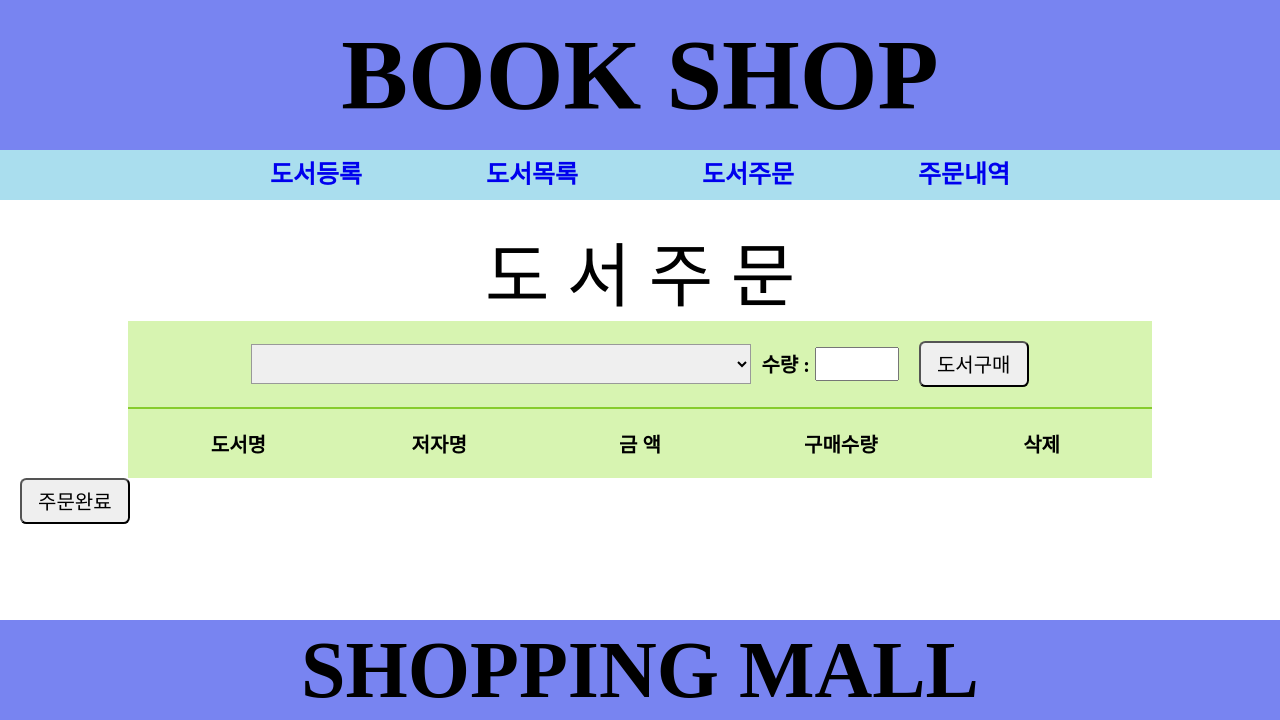
Repository: eunmiyo/BookShop
Page: http://localhost/Book/buy
The author's editor kept a copy of each file at every save. The page is drawn from the files as they stood at one save, then again after the next save.
The browser window is 1280 px wide. The pictures show the whole page.
The page is served by Tomcat 9. Other server files are loaded and not shown. Queries for data that is not in the repository find no rows.

Above is the page before, as saved 2022-12-29 08:05:31.

### Book/src/main/webapp/buy.jsp
<%@ page language="java" contentType="text/html; charset=UTF-8"
    pageEncoding="UTF-8"%>

<%@ taglib prefix="c" uri="http://java.sun.com/jsp/jstl/core"%>
<!DOCTYPE html>
<html>
<head>
<meta charset="UTF-8">
<title>Insert title here</title>

<meta http-equiv="X-UA-Compatible" content="IE=edge" />
<meta name="viewport" content="width=device-width, initial-scale=1.0" />
<link rel="stylesheet" href="style.css">
</head>
<body>
	<%@ include file="top.jsp"%>
		<table class="wap">
			<caption>도 서 주 문</caption>
			<tr class="bar">
				<td>
				<select name="select">
					<option></option>
				<c:forEach var="book" items="${bookList}" varStatus="status">
					<option value="${book.title} / ${book.writer} / ${book.price}">${book.title} / ${book.writer} / ${book.price}원</option>
				</c:forEach>
				</select>
				<b>수량 : </b>
				<input type="text" class="count" name="count">
				<button class="btn" type="button" onclick="bookadd();">도서구매</button>
				</td>
			</tr>

				<table class="buyList">
					<tr>
						<th>도서명</th>
						<th>저자명</th>
						<th>금 액</th>
						<th>구매수량</th>
						<th>삭제</th>
					</tr>
					<form method="get" action="del">
						<input type="hidden" name="command" value="del">
					</form>

				</table>
					<form method="post" action="order">
						<input type="hidden" name="plus" value="cartList">
					<button class="btn" type="submit" >주문완료</button>
					</form>
		</table>
	<%@ include file="footer.jsp"%>
	<script type="text/javascript" src="./jquery-3.6.3.js"></script>
	<script type="text/javascript" src="./script.js"></script>
</body>
</html>

### Book/src/main/webapp/top.jsp
<%@ page language="java" contentType="text/html; charset=UTF-8"
    pageEncoding="UTF-8"%>
<!DOCTYPE html>
<html>
<head>
<meta charset="UTF-8">
<title>Insert title here</title>
<link rel="stylesheet" href="style.css">
</head>
<body>
	<header>BOOK SHOP</header>
	<nav>
		<ul>
			<li><a href="add">도서등록</a></li>
			<li><a href="list">도서목록</a></li>
			<li><a href="buy">도서주문</a></li>
			<li><a href="order">주문내역</a></li>
		</ul>
	</nav>
</body>
</html>

### Book/src/main/webapp/footer.jsp
<%@ page language="java" contentType="text/html; charset=UTF-8"
    pageEncoding="UTF-8"%>
<!DOCTYPE html>
<html>
<head>
<meta charset="UTF-8">
<title>Insert title here</title>
<link rel="stylesheet" href="style.css">
</head>
<body>
	<footer>SHOPPING MALL</footer>
</body>
</html>

### Book/src/main/java/Controller/BookController.java
package Controller;

import java.io.IOException;
import java.io.PrintWriter;

import javax.servlet.ServletException;
import javax.servlet.annotation.WebServlet;
import javax.servlet.http.HttpServlet;
import javax.servlet.http.HttpServletRequest;
import javax.servlet.http.HttpServletResponse;

import DAO.BookDAO;

@WebServlet("/")
public class BookController extends HttpServlet {
	private static final long serialVersionUID = 1L;


    public BookController() {
        super();
    }

	protected void doGet(HttpServletRequest request, HttpServletResponse response) throws ServletException, IOException {
		request.setCharacterEncoding("UTF-8");
		doPro(request, response);
	}

	protected void doPost(HttpServletRequest request, HttpServletResponse response) throws ServletException, IOException {
		request.setCharacterEncoding("UTF-8");
		doPro(request, response);
	}

	protected void doPro(HttpServletRequest request, HttpServletResponse response) throws ServletException, IOException {
		String context = request.getContextPath(); // 톰캣의 ContextPath()를 가져온다.(server.xml에서 확인)
		String command = request.getServletPath(); // 경로에 맨 끝 파일명을 가져온다.
		String site = null;

		BookDAO book = new BookDAO();

		switch (command) {
		case "/" :
			site = "bookshop.jsp";
			break;
		case "/add" :
			site = "add.jsp";
			break;
		case "/insert" :
			int result = book.insert(request, response);
			response.setContentType("text/html; charset=UTF-8");
			PrintWriter out = response.getWriter();

			if(result == 1) {
				out.print("<script>");
				out.print("alert('상품이 정상적으로 등록 되었습니다!'); location.href='" + context + "/add';");
				out.print("</script>");
				out.flush();
			} else {
				out.print("<script>");
				out.print("alert('등록실패!'); location.href='" + context + "/add';");
				out.print("</script>");
				out.flush();
			}
			break;
		case "/list" :
			site = book.listAll(request, response);
			break;
		case "/delete" :
			int result2 = book.delete(request, response);
			response.setContentType("text/html; charset=UTF-8");
			out = response.getWriter();

			if(result2 == 1) { //삭제성공
				out.print("<script>");
				out.print("alert('상품삭제가 완료 되었습니다!'); location.href='" + context + "/list';");
				out.print("</script>");
				out.flush();
			} else {
				out.print("<script>");
				out.print("alert('삭제실패!'); location.href='" + context + "/list';");
				out.print("</script>");
				out.flush();
			}
		 break;
		case "/modify" :
			site = book.modify(request, response);
			break;
		case "/update" :
			int result3 = book.update(request, response);
			response.setContentType("text/html; charset=UTF-8");
			out = response.getWriter();

			if(result3 == 1) {
				out.print("<script>");
				out.print("alert('상품수정이 완료 되었습니다!'); location.href='" + context + "/list';");
				out.print("</script>");
				out.flush();
			} else {
				out.print("<script>");
				out.print("alert('수정실패!'); location.href='" + context + "/list';");
				out.print("</script>");
				out.flush();
			}
		 break;
		case "/buy" :
			site = book.buy(request, response);
			break;

		}

		getServletContext().getRequestDispatcher("/" + site).forward(request, response);
	}
}

### Book/src/main/java/DAO/BookDAO.java
package DAO;

import java.sql.Connection;
import java.sql.DriverManager;
import java.sql.PreparedStatement;
import java.sql.ResultSet;
import java.util.ArrayList;

import javax.servlet.http.HttpServletRequest;
import javax.servlet.http.HttpServletResponse;
import javax.servlet.http.HttpSession;

import DTO.Book;

public class BookDAO {
	Connection conn = null;
	PreparedStatement ps = null;
	ResultSet rs = null;

	public static Connection getConnection() throws Exception {
		Class.forName("oracle.jdbc.OracleDriver");
		Connection con = DriverManager
				.getConnection("jdbc:oracle:thin:@localhost:1521:xe", "test", "test1234");
		return con;
	}

	//상품등록
	public int insert(HttpServletRequest request, HttpServletResponse response) {
		String title = request.getParameter("title");
		String writer = request.getParameter("writer");
		int price = Integer.parseInt(request.getParameter("price"));
		int stock = Integer.parseInt(request.getParameter("stock"));
		int result = 0;

		try {
			conn = getConnection();
			String sql = "INSERT INTO BOOK_LIST VALUES(BOOK_SEQ.NEXTVAL, ?, ?, ?, ?)";
			ps = conn.prepareStatement(sql);
			ps.setString(1, title);
			ps.setString(2, writer);
			ps.setInt(3, price);
			ps.setInt(4, stock);

			result = ps.executeUpdate();

			conn.close();
			ps.close();

		} catch (Exception e) {
			e.printStackTrace();
		}
		return result;
	}

	//상품조회
	public String listAll(HttpServletRequest request, HttpServletResponse response) {
		ArrayList<Book> bookList = new ArrayList<Book>();

		 try {
			 conn = getConnection();
			 String sql = "SELECT * FROM BOOK_LIST ORDER BY BOOK_NO ASC";

			ps = conn.prepareStatement(sql);
			rs = ps.executeQuery();

			while(rs.next()) {
				Book book = new Book();
				book.setNo(rs.getInt(1));
				book.setTitle(rs.getString(2));
				book.setWriter(rs.getString(3));
				book.setPrice(rs.getInt(4));
				book.setStock(rs.getInt(5));

				bookList.add(book);
			}
			request.setAttribute("bookList", bookList);

			conn.close();
			rs.close();

		 	} catch (Exception e) {
				e.printStackTrace();
		 	}

		 return "list.jsp";
	}

	//상품삭제하기
	public int delete(HttpServletRequest request, HttpServletResponse response) {
		int result = 0;

		try {
			conn = getConnection();
			int no = Integer.parseInt(request.getParameter("no"));
			String sql = "DELETE FROM BOOK_LIST WHERE BOOK_NO = " + no;

			ps = conn.prepareStatement(sql);
			result = ps.executeUpdate(); //쿼리문 실행

			conn.close();
			ps.close();

		} catch (Exception e) {
			e.printStackTrace();
		}

		return result;
	}

	//상품수정 전 화면 보여주기
	public String modify(HttpServletRequest request, HttpServletResponse response) {
		try {
			conn = getConnection();
			int no = Integer.parseInt(request.getParameter("no"));

			String sql = "SELECT TITLE, WRITER, PRICE, STOCK FROM BOOK_LIST WHERE BOOK_NO = " + no;

			ps = conn.prepareStatement(sql);
			rs = ps.executeQuery();

			Book book = new Book();

			if(rs.next()) {
				book.setTitle(rs.getString(1));
				book.setWriter(rs.getString(2));
				book.setPrice(rs.getInt(3));
				book.setStock(rs.getInt(4));
			}

			request.setAttribute("book", book);

			conn.close();
			ps.close();
			rs.close();

		} catch (Exception e) {
			e.printStackTrace();
		}

		return "modify.jsp";
	}

	//상품수정
	public int update(HttpServletRequest request, HttpServletResponse response) {
		String title = request.getParameter("title");
		String writer = request.getParameter("writer");
		int price = Integer.parseInt(request.getParameter("price"));
		int stock = Integer.parseInt(request.getParameter("stock"));
		int result = 0;

		try {
			conn = getConnection();

			String sql = "UPDATE BOOK_LIST SET WRITER = ?, "
					+ "PRICE = ?, STOCK = ? "
					+ "WHERE TITLE = ? ";

			ps = conn.prepareStatement(sql);
			ps.setString(1,writer);
			ps.setInt(2, price);
			ps.setInt(3, stock);
			ps.setString(4, title);

			result = ps.executeUpdate();

			conn.close();
			ps.close();

		} catch (Exception e) {
			e.printStackTrace();
		}
		return result;
	}

	//구매 도서 리스트
	public String buy(HttpServletRequest request, HttpServletResponse response) {
		ArrayList<Book> bookList = new ArrayList<Book>();

		 try {
			 conn = getConnection();
			 String sql = "SELECT TITLE, WRITER, PRICE FROM BOOK_LIST";

			ps = conn.prepareStatement(sql);
			rs = ps.executeQuery();

			while(rs.next()) {
				Book book = new Book();
				book.setTitle(rs.getString(1));
				book.setWriter(rs.getString(2));
				book.setPrice(rs.getInt(3));

				bookList.add(book);
			}

			request.setAttribute("bookList", bookList);

			conn.close();
			rs.close();

		 	} catch (Exception e) {
				e.printStackTrace();
		 	}

		 return "buy.jsp";
	}



}

### Book/src/main/webapp/style.css
@charset "UTF-8";

* {
	margin: 0;
	padding: 0;
}

body {
	overflow: hidden;
}

header {
	top: 0;
	width: 100%;
	text-align: center;
	background: #7884F1;
	color: black;
	height: 150px;
	line-height: 150px;
	font-size: 100px;
	font-weight: bold;
}

nav ul {
	height: 50px;
	line-height: 50px;
	width: 100%;
	background: #AADEEE;
	color: black;
	text-align: center;
}

nav ul li {
	list-style: none;
	padding: 0 60px;
	display: inline-block;
	font-weight: bold;
	font-size: 25px;
}

section {
	position: absolute;
	overflow: auto;
	width: 100%;
	height: 100%;
	background: white;
}

a {
	text-decoration: none;
}

a:hover {
	cursor: pointer;
}

img {
	margin: auto;
    display: block;
    padding: 100px;
    width: 40%;
}

caption {
	font-size: 70px;
	margin-top: 20px;
	text-align: center;
}

table {
	padding-top: 50px;
	background: #D7F4B1;
	margin-left:auto;
    margin-right:auto;
    border-collapse: collapse;
	font-size: 20px;
	width: 50%;
}

.booklist{
	font-size: 15px;
	width: 80%;
	height: 90%;
}

.wap {
	border-collapse: collapse;
	width: 80%;
	height: 80%;
}

.buyList {
	border-collapse: collapse;
	width: 80%;
	height: 80%;
}



.bar {
	border-bottom: 2px solid #86CC2C;
}

tr, td, th {
	display: flex;
	justify-content: center;
	align-items: center;
	padding: 10px;
}

th{
	width: 20%;
}

.list{
	width: 20%;
	padding: 0;
}

input {
	height: 30px;
	width: 300px;
}

b {
	margin-left: 10px;
}

.count {
	margin-left: 5px;
	height: 30px;
	width: 80px;
}

.btn {
	padding: 0.4rem 1rem;
	border-radius: 0.4rem;
	font-size: 20px;
	margin-left: 20px;
	text-align: center;
}

.orderbtn {
	padding: 0.4rem 1rem;
	border-radius: 0.4rem;
	font-size: 20px;
	text-align: center;

}

select {
	width: 500px;
	padding: .8em .5em;
	border: 1px solid #999;
	font-family: inherit;
	border-radius: 0px;
}

footer {
	position: fixed;
	bottom: 0;
	width: 100%;
	text-align: center;
	background: #7884F1;
	color: black;
	height: 100px;
	line-height: 100px;
	font-size: 80px;
	font-weight: bold;
}

### Book/src/main/webapp/script.js
//장바구니 객체
var Cart = function () {
	this.no = 0; //책 번호
	this.title = "제목"; //제목
	this.writer = "작가"; //작가
	this.price = 0; //가격
	this.count = 0; //권수
};

var cart_list = []; //장바구니리스트
var buy_index_list = []; //구매인덱스리스트

function fn_submit() {
	var f = document.frm;

	if(f.title.value == "") {
		alert("도서명이 입력되지 않았습니다!")
		f.title.focus();
		return false;
	}

	if(f.writer.value == "") {
		alert("저자명이 입력되지 않았습니다!")
		f.writer.focus();
		return false;
	}

	if(f.price.value == "") {
		alert("금액이 입력되지 않았습니다!")
		f.price.focus();
		return false;
	}

	if(f.stock.value == "") {
		alert("재고수량이 입력되지 않았습니다!")
		f.stock.focus();
		return false;
	}

	f.submit();
}

function chkDelete(no) {
	const result = confirm("삭제하시겠습니까?");

	if(result){
			const url = location.origin; //'http://localhost:8090'
			location.href = url + "/Book/delete?no=" + no; //페이지이동

		} else {
			return false;
		}
}

//도서등록

function bookadd() {
	var book = $(".bar select").val();
	var cnt = $(".count").val();
	var test = book.split("/");

	var cart = new Cart();

	cart.no = test[0];
	cart.title = test[1];
	cart.writer = test[2];
	cart.price = test[3];
	cart.count = cnt;

	cart_list.push(cart); //장바구니 리스트 추가

	bookdisplay(); //장바구니 리스트 화면 표시
}

//도서주문

function bookdel(i) {
	cart_list.splice(i,1); //장바구니 리스트에서 해당 값 삭제

	bookdisplay(); //장바구니 리스트 화면 표시
}

function bookdisplay() {
	var table = $(".buyList");
	table.empty(); //기존 표시된 장바구니 리스트 삭제

	//헤더 추가
	var header = "<tr>";
	header += "<th>도서번호</th>";
	header += "<th>도서명</th>";
	header += "<th>저자명</th>";
	header += "<th>금 액</th>";
	header += "<th>구매수량</th>";
	header += "<th>삭제</th>";
	header += "</tr>";

	table.append(header); //장바구니 리스트 화면 표시

	for(var i=0;i<cart_list.length; i++) {
		var cart = cart_list[i];

		var tdbookno = "<td class='list'>" + cart.no + "</td>";
		var tdbookname = "<td class='list'>" + cart.title + "</td>";
		var tdbookperson = "<td class='list'>" + cart.writer + "</td>";
		var tdbookprice = "<td class='list'>" + cart.price + "</td>";
		var tdbookcnt = "<td class='list'>" + cart.count + "</td>";
		var tddelbtn = "<td class='list'><button onclick='bookdel("+i+");'>삭제</button></td>";

		var tr = "<tr>" + tdbookno + tdbookname + tdbookperson + tdbookprice + tdbookcnt + tddelbtn + "</tr>";

		table.append(tr); //장바구니 리스트 화면 표시
	}

	//푸터 추가
	var footer = "<tr>";
	footer += "<td colspan='5'>";
	footer += "<button class='orderbtn' type='button' onclick='order();' >주문완료</button>";
	footer += "</td>";
	footer += "</tr>";

	table.append(footer); //장바구니 리스트 화면 표시
}

function init_buy() {
	bookdisplay();
}

function order() {
	try {
		buy_index_list = []; //구매인덱스리스트 초기화

		//주문내역 리스트 가져오기
		for(var i=0;i<cart_list.length; i++) {

			var cart = cart_list[i];
			//cart_list.splice(0,1); //(인덱스시작번호, 개수)만큼 지우기
			//cart_list.shift(); //첫번재 값 지우기
			//cart_list.pop(); //마지막 값 지우기

			//console.log("출력="+ i + "/" + cart_list.length);

			$.ajax({
		        type:"POST",
		        url:"/Book/cart",
		        async: false, //동기화
		        data : cart,
		        success: function(htmlStr){
		            if("OK" == htmlStr) {
						//console.log("DB 저장 성공");
		            	buy_index_list.push(i);
		            } else {
						//console.log("DB 저장 실패 1");
						console.log(htmlStr);
					}
		        },
		        error: function(xhr, status, error) {
		            //console.log("DB 저장 실패 2");
		            console.log(error);
		        }
		    });
		}

		alert("주문 총 "+cart_list.length+" 건 중 "+buy_index_list.length+" 건 완료되었습니다!");
		cartdel(); //장바구니지우기
	} catch (e) {
		console.log(e);
		alert("주문에 실패하였습니다");
		cartdel(); //장바구니지우기
	}
}

function cartdel() {
	//장바구니 삭제 시 splice 를 사용한다
	//중간에서 삭제할 경우 그 이후 인덱스 모두에 영향이 있다
	//따라서, 제일 마지막 인덱스 부터 거꾸로 삭제를 한다
	for (var i=buy_index_list.length;0<i; i--) {
		var index = i-1; //인덱스는 0부터 시작이라 length 값보다 1이 작다
		var del_i = buy_index_list[index]; //장바구니에서 삭제할 인덱스 번호 가져온다
		cart_list.splice(del_i, 1); //장바구니삭제
	}

	buy_index_list = []; //구매인덱스리스트 초기화
	bookdisplay();
}

Loaded but not shown: Book/src/main/webapp/jquery-3.6.3.js (library)

After the next save:
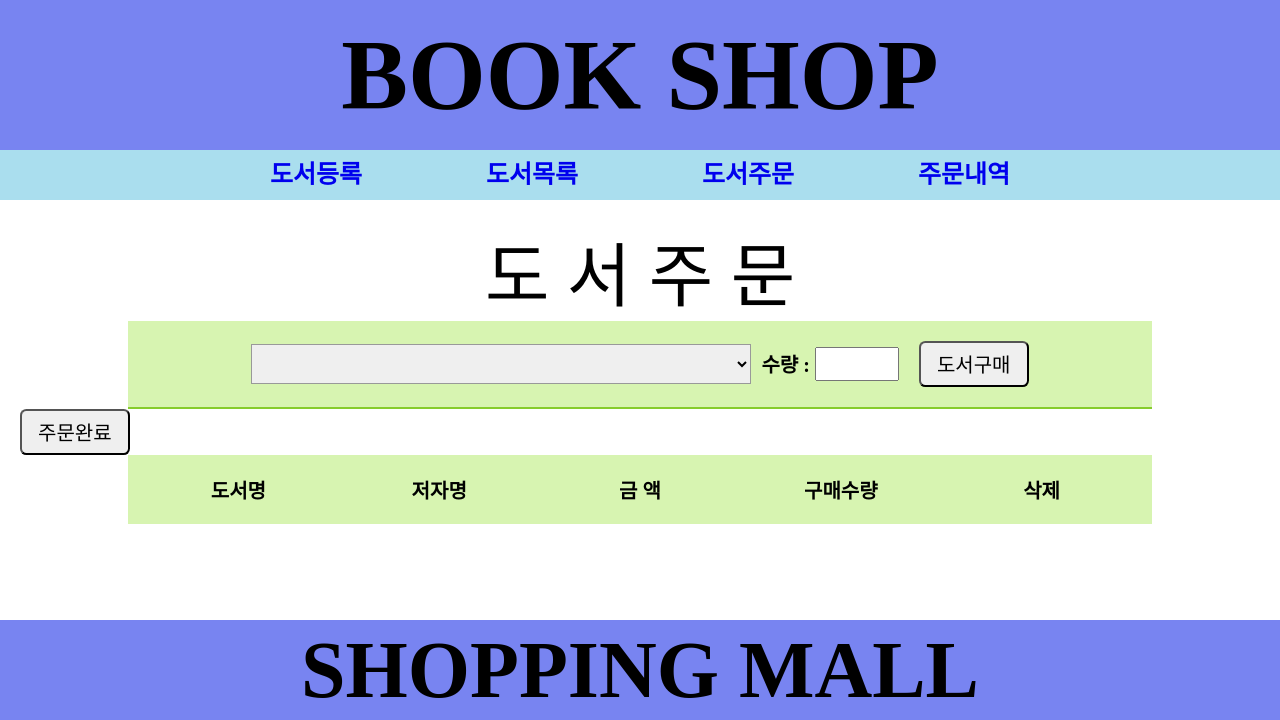
Saved 93 s later.
--- a/Book/src/main/webapp/buy.jsp
+++ b/Book/src/main/webapp/buy.jsp
@@ -38,15 +38,12 @@
 						<th>구매수량</th>
 						<th>삭제</th>
 					</tr>
-					<form method="get" action="del">
-						<input type="hidden" name="command" value="del">
-					</form>
 
-				</table>
-					<form method="post" action="order">
+				<form method="post" action="order">
 						<input type="hidden" name="plus" value="cartList">
 					<button class="btn" type="submit" >주문완료</button>
-					</form>
+				</form>
+				</table>
 		</table>
 	<%@ include file="footer.jsp"%>
 	<script type="text/javascript" src="./jquery-3.6.3.js"></script>
